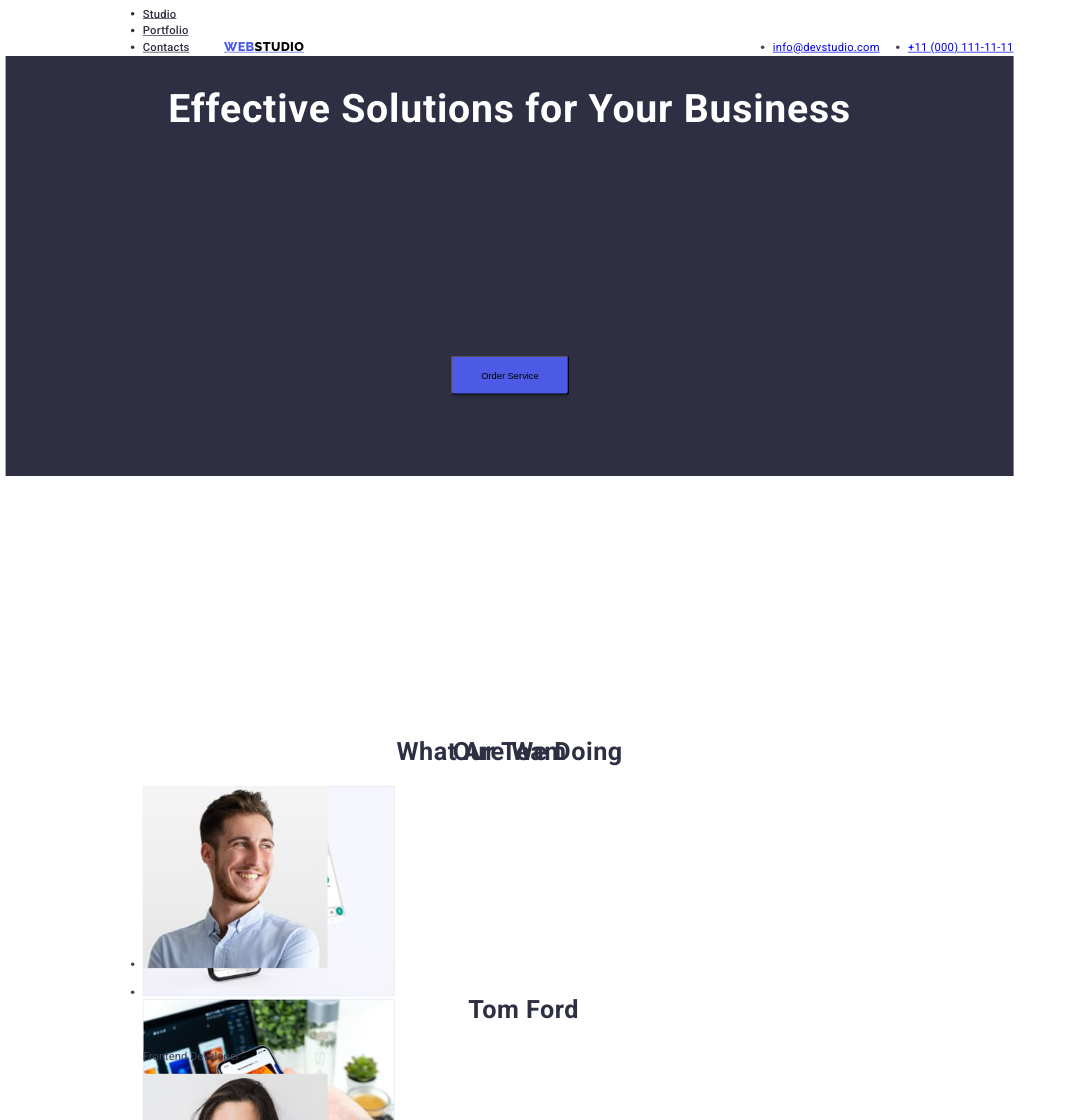
Repository: GrishchenkoNataliya/goit-markup-hw-02
Page: index.html
These files come from the project's save history. The page is drawn as it stood at one moment and after the next save; the edit follows.
The browser window is 1280 px wide. The page is 1544 px wide, then 1448 px, so the pictures cover 1544 px, including what lies to the right of the window. The pictures show the part of the page from y = 0 to 1600 px (the page is 4896 px tall before and 4905 px after), at 70% of full size.

Above is the page before, as saved 2023-03-12 10:56:22.

After the next save:
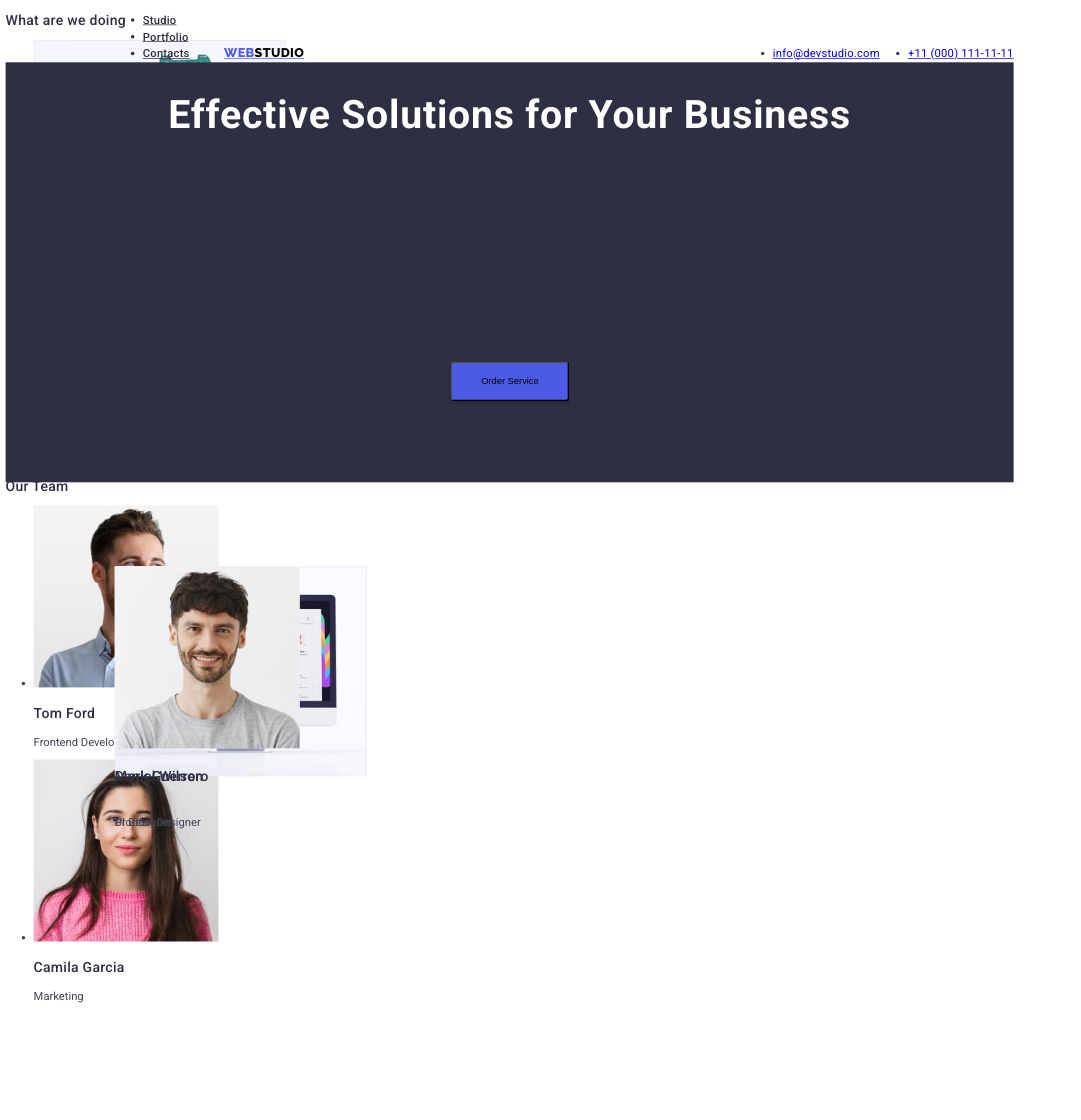
Saved 2 min 29 s later.
--- a/css/styles.css
+++ b/css/styles.css
@@ -171,7 +171,7 @@ body {
   left: 156px;
   top: 792px;
 }
-.feature-item {
+/* .feature-item {
   display: flex;
   flex-direction: column;
   align-items: flex-start;
@@ -209,7 +209,7 @@ body {
   height: 104px;
   left: 1020px;
   top: 792px;
-}
+} */
 .feature-title {
   font-family: "Roboto";
   font-style: normal;
@@ -219,7 +219,7 @@ body {
   letter-spacing: 0.02em;
   color: #2e2f42;
 }
-.feature-text {
+/* .feature-text {
   font-family: "Roboto";
   font-style: normal;
   font-weight: 400;
@@ -227,9 +227,9 @@ body {
   line-height: 1.5;
   letter-spacing: 0.02em;
   color: #434455;
-}
+} */
 /* section 2 */
-.feature {
+/* .feature {
   position: absolute;
   width: 1128px;
   height: 412px;
@@ -260,128 +260,8 @@ body {
   height: 300px;
   left: 156px;
   top: 1128px;
-}
-/* .feature-2-item-2 {
-  display: flex;
-  flex-direction: column;
-  align-items: flex-start;
-  padding: 0px;
-
-  position: absolute;
-  width: 360px;
-  height: 300px;
-  left: 540px;
-  top: 1128px;
-} */
-/* .feature2-item-3 {
-  display: flex;
-  flex-direction: column;
-  align-items: flex-start;
-  padding: 0px;
-
-  position: absolute;
-  width: 360px;
-  height: 300px;
-  left: 924px;
-  top: 1128px;
-} */
-/* section 3 */
-/* .feature3 {
-  position: absolute;
-  width: 1440px;
-  height: 732px;
-  left: 0px;
-  top: 1548px;
-}
-.feature3-title-h2 {
-  font-family: "Roboto";
-  font-style: normal;
-  font-weight: 700;
-  font-size: 36px;
-  line-height: 1.1;
-  text-align: center;
-  letter-spacing: 0.02em;
-  text-transform: capitalize;
-  color: #2e2f42;
-}
-.feature3-list {
-}
-.feature3-item1 {
-  display: flex;
-  flex-direction: column;
-  justify-content: center;
-  align-items: center;
-  padding: 0px 0px 32px;
-  gap: 32px;
-
-  position: absolute;
-  width: 264px;
-  height: 380px;
-  left: 156px;
-  top: 1780px;
-}
-.feature3-item2 {
-  display: flex;
-  flex-direction: column;
-  justify-content: center;
-  align-items: center;
-  padding: 0px 0px 32px;
-  gap: 32px;
-
-  position: absolute;
-  width: 264px;
-  height: 380px;
-  left: 444px;
-  top: 1780px;
-}
-.feature3-item3 {
-  display: flex;
-  flex-direction: column;
-  justify-content: center;
-  align-items: center;
-  padding: 0px 0px 32px;
-  gap: 32px;
-
-  position: absolute;
-  width: 264px;
-  height: 380px;
-  left: 732px;
-  top: 1780px;
-}
-.feature3-item4 {
-  display: flex;
-  flex-direction: column;
-  justify-content: center;
-  align-items: center;
-  padding: 0px 0px 32px;
-  gap: 32px;
-
-  position: absolute;
-  width: 264px;
-  height: 380px;
-  left: 1020px;
-  top: 1780px;
-}
-.feature3-title {
-  font-family: "Roboto";
-  font-style: normal;
-  font-weight: 500;
-  font-size: 20px;
-  line-height: 1.2;
-  text-align: center;
-  letter-spacing: 0.02em;
-  color: #2e2f42;
-}
-.feature3-subtitle {
-  font-family: "Roboto";
-  font-style: normal;
-  font-weight: 400;
-  font-size: 16px;
-  line-height: 1.2;
-  text-align: center;
-  letter-spacing: 0.02em;
-  color: #434455;
-} */
+} */
+
 .footer {
   display: flex;
   flex-direction: row;
